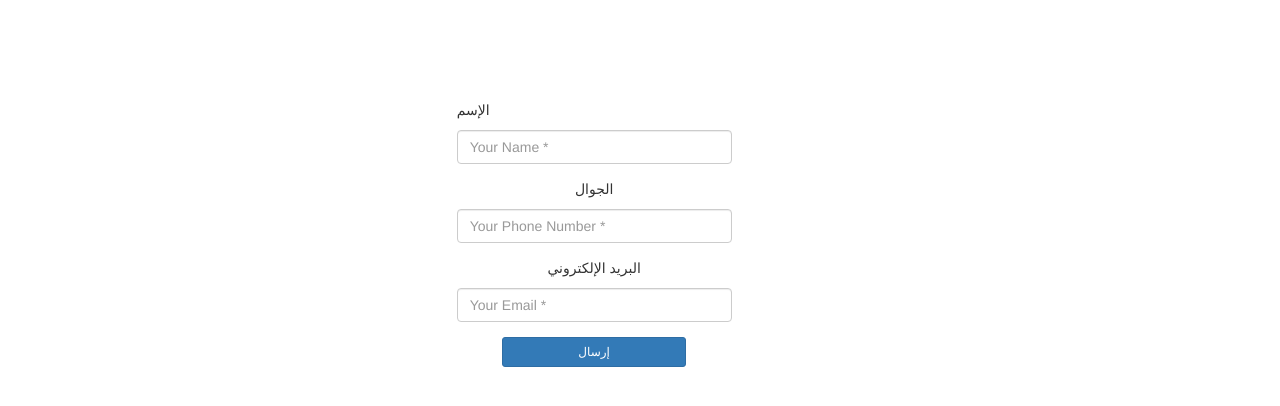
Repository: Abdaljawad-Aya/Itbeep-task
Page: http://localhost/form-user
An editor plug-in stored every save of this project. The page is shown before and after the next save, followed by the edit.
The browser window is 1280 px wide. The pictures show the whole page.
The page is served by the project's Laravel application, run on PHP 8.4 with Laravel 8. Other server files are loaded and not shown.

Above is the page before, as saved 2021-03-07 18:59:54.

### singlePageApp/routes/web.php
<?php

use Illuminate\Support\Facades\Route;

/*
|--------------------------------------------------------------------------
| Web Routes
|--------------------------------------------------------------------------
|
| Here is where you can register web routes for your application. These
| routes are loaded by the RouteServiceProvider within a group which
| contains the "web" middleware group. Now create something great!
|
*/

Route::get('/', function () {
    return view('welcome');
});

Route::get('form-user', 'formController@form');
Route::post('form-user', ['as' => 'users.store', 'uses' => 'formController@formSaveData']);

### singlePageApp/app/Http/Controllers/formController.php
<?php

namespace App\Http\Controllers;

use Illuminate\Support\Facades\Mail;

use Illuminate\Http\Request;
use App\Mail\formUser;
use App\form;

class formController extends Controller
{
    /**
     * Show the application
     *
     * @return \Illuminatey\Http\Response
     */

    public function form()
    {
        return view('form-user');
    }

    /**
     * Show the application
     *
     * @return \Illuminatey\Http\Response
     */

    public function formSaveData(Request $request)

    {
        $this->validate($request, [
            'name'   => 'required',
            'email'  => 'required|email',
            'mobile' => 'required',
        ]);

        form::create($request->all());
        Mail::send(
            'form-user',
            array(
                'name'   => $request->get('name'),
                'mobile' => $request->get('mobile'),
                'email'  => $request->get('email'),
            ),
            function ($message) use ($request) {
                $message->from('abdaljawad.ayah94@gmail.com');
                $message->to($request->email, 'Admin')->subject($request->get('subject'));
            }
        );
        return back()->with('success', 'Thanks for contact us!');
    }
}

### singlePageApp/resources/views/form-user.blade.php
<!DOCTYPE html>
<html lang="en">
<head>
    <meta charset="UTF-8">
    <meta name="viewport" content="width=device-width, initial-scale=1.0">
    <meta http-equiv="X-UA-Compatible" content="ie=edge">
    <link rel="stylesheet" href="https://maxcdn.bootstrapcdn.com/bootstrap/3.4.1/css/bootstrap.min.css">

    <script src="https://ajax.googleapis.com/ajax/libs/jquery/3.5.1/jquery.min.js"></script>

    <script src="https://maxcdn.bootstrapcdn.com/bootstrap/3.4.1/js/bootstrap.min.js"></script>
    <link rel="stylesheet" href="../views/css/style.css">
    <title>Form</title>
</head>
<body>
   <div class="container contact-form col-lg-6 col-md-offset-4" style="margin-top:100px;">
     @if (session('status'))
       <div class="alert alert-success">
           {{ session('status')}}
       </div>
    @endif
    @if (session('warning'))
    <div class="alert alert-warning">
        {{session('warning')}}
    </div>
    @endif

    <form method="POST" action ="{{ route('users.store')}}" >
     {{ csrf_field()}}

     <div class="col-md-6">

        {{-- NAME --}}
        <div class="form-group {{ $errors->has('name') ? ' has-error' : '' }}">
                <p style="text-align: left">الإسم</p>
            <input type="text" name="name" class="form-control" placeholder="Your Name *" required/>
             @if ($errors->has('name'))
                 <span class="help-block">
                     <strong>
                         {{ $errors->first('name')}}
                     </strong>
                 </span>
             @endif
         </div>


        {{-- MOBILE --}}

        <div class="form-group" {{$errors->has('mobile') ? 'has-error' : ''}}>
            <p style="text-align: center">الجوال</p>
         <input type="text" name="mobile" class="form-control" placeholder="Your Phone Number *" required/>

         @if ($errors->has('mobile'))
             <span class="help-block">
                 <strong>
                     {{ $errors->first('mobile')}}
                 </strong>
             </span>
         @endif
        </div>
         {{-- EMAIL --}}
         <div class="form-group" {{$errors->has('email') ? 'has-error' : ''}}>
             <p style="text-align: center">البريد الإلكتروني</p>
          <input type="email" name="email" class="form-control" placeholder="Your Email *" required />

            @if ($errors->has('email'))
            <span class="help-block">
                <strong>
                    {{ $errors->first('email')}}
                </strong>
            </span>
            @endif
        </div>

        <div class="form-group">

            <input type="submit" name="btnSubmit" class="btn btn-primary btn-square btn-sm col-lg-8 col-md-offset-2" value="إرسال" data-toggle="modal" data-target="#exampleModal" data-whatever="@getbootstrap">
        </div>
     </div>


     {{-- Popup Start --}}
    <div class="modal fade" id="exampleModal" tabindex="-1" role="dialog" aria-labelledby="exampleModalLabel" aria-hidden="true">
    <div class="modal-dialog" role="document">
        <div class="modal-content">
        <div class="modal-header">
            {{-- <h5 class="modal-title" id="exampleModalLabel">New message</h5> --}}
            <button type="button" class="close" data-dismiss="modal" aria-label="Close">
            <span aria-hidden="true">&times;</span>
            </button>
        </div>
        <div class="modal-body">
            <form>
            <div class="form-group ">
                <p style="text-align: center" >إختر عرض من العروض الاتيه</p>
                <button type="button" style=" background-color:rgb(95, 51, 95); color:#FFF;" class=" btn-square btn-sm col-lg-2 col-md-offset-2"> عرض3</button>
                <button type="button" style=" background-color:rgb(95, 51, 95); color:#FFF;"class="btn-square btn-sm col-lg-2 col-md-offset-1"> عرض2</button>
                <button type="button" style=" background-color:rgb(95, 51, 95); color:#FFF;"class="btn-square btn-sm col-lg-2 col-md-offset-1"> عرض1</button>
                 <br> <br>
                <button type="button"style=" background-color:rgb(95, 51, 95); color:#FFF;" class=" btn-square btn-sm col-lg-8 col-md-offset-2">التالي</button>

            </div>
            </form>
        </div>
        <div class="modal-footer">
            <button type="button" class="btn btn-secondary" data-dismiss="modal">إغلاق</button>

        </div>
        </div>
    </div>
</div>
     {{-- Popup End --}}


</form>
</div>
</body>
</html>

Loaded but not shown: singlePageApp/app/Http/Controllers/Controller.php (common file)

After the next save:
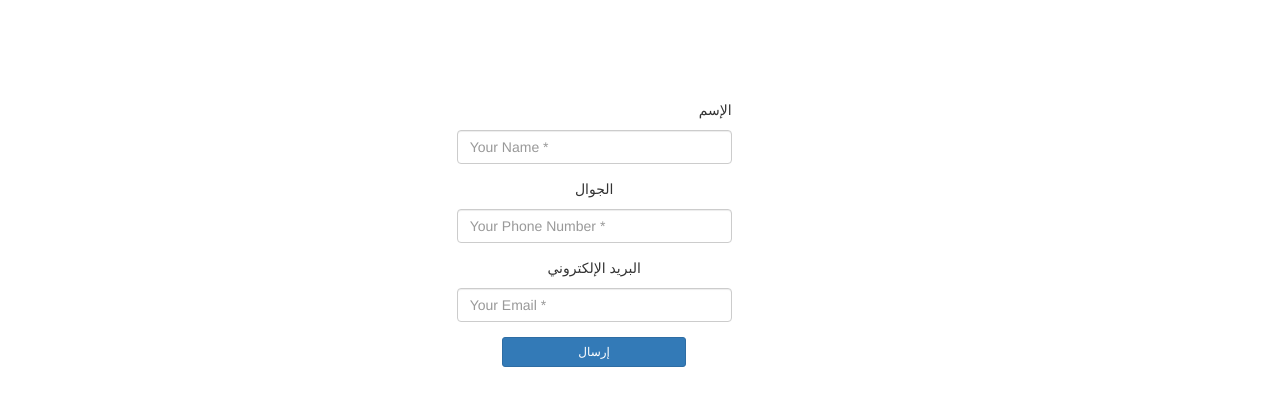
Saved 9 s later.
--- a/singlePageApp/resources/views/form-user.blade.php
+++ b/singlePageApp/resources/views/form-user.blade.php
@@ -32,7 +32,7 @@
 
         {{-- NAME --}}
         <div class="form-group {{ $errors->has('name') ? ' has-error' : '' }}">
-                <p style="text-align: left">الإسم</p>
+                <p style="text-align: right">الإسم</p>
             <input type="text" name="name" class="form-control" placeholder="Your Name *" required/>
              @if ($errors->has('name'))
                  <span class="help-block">
